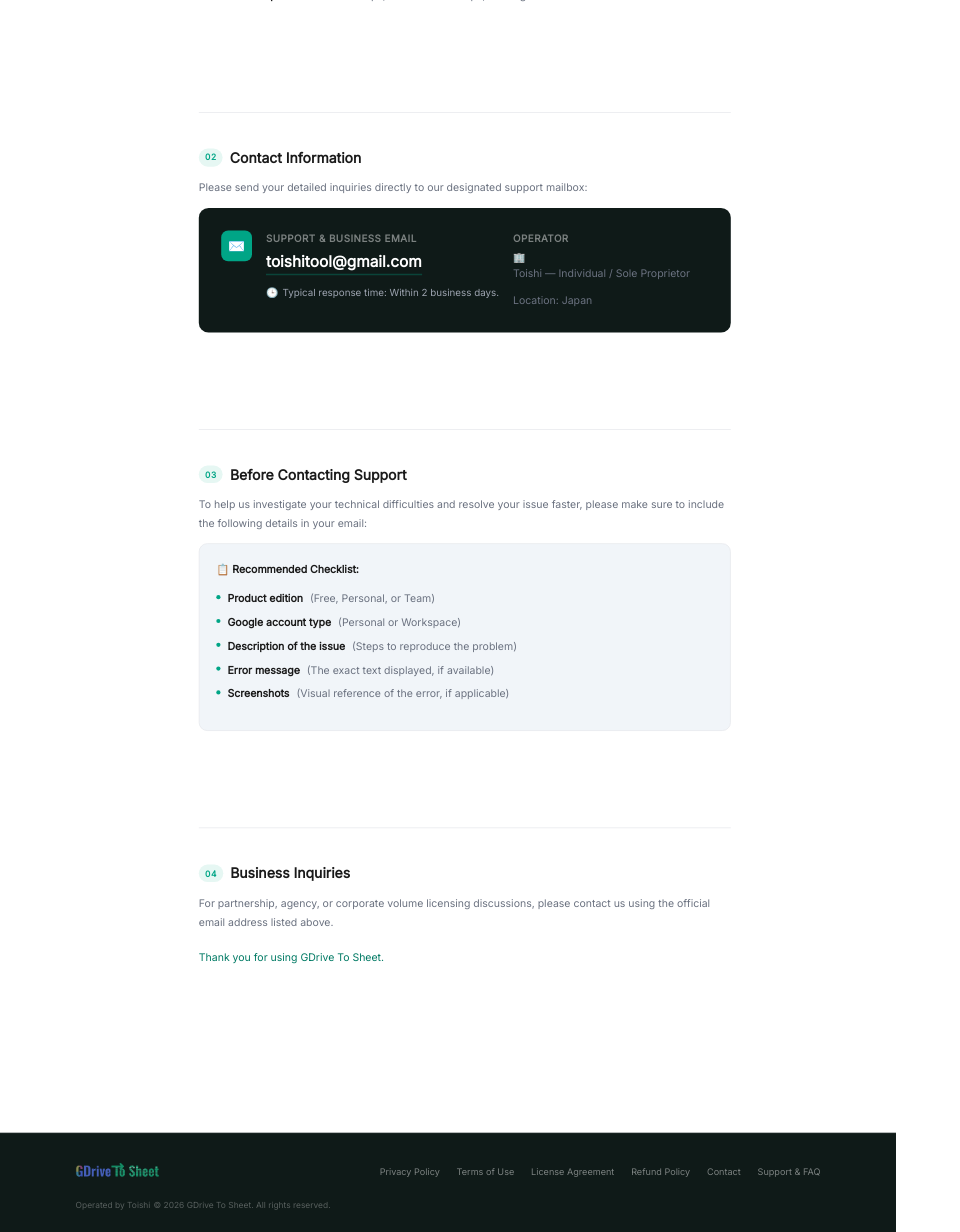
Repository: toishitool/gdrive-to-sheet
Page: contact.html
These files come from the project's save history. The page is drawn as it stood at one moment and after a run of saves; the edit follows.
The browser window is 1280 px wide. The page is 1372 px wide, so the pictures cover 1372 px, including what lies to the right of the window. The pictures show the part of the page from y = 683 to 2443 px (the page is 2443 px tall before and 2430 px after), at 70% of full size.

Above is the page before, as saved 2026-06-21 10:35:00.

### contact.html
<!DOCTYPE html>
<html lang="en" class="scroll-smooth">

<head>
  <meta charset="UTF-8" />
  <meta name="viewport" content="width=device-width, initial-scale=1.0" />
  <title>Contact Us – GDrive To Sheet</title>
  <meta name="description"
    content="Contact support for GDrive To Sheet. Get help with product features, licensing, technical issues, refunds, and business inquiries." />
  <meta name="robots" content="noindex" />
  <link rel="canonical" href="https://toishitool.github.io/gdrive-to-sheet/contact.html" />

  <link rel="preconnect" href="https://fonts.googleapis.com" />
  <link rel="preconnect" href="https://fonts.gstatic.com" crossorigin />
  <link href="https://fonts.googleapis.com/css2?family=Inter:wght=300;400;500;600;700;800&display=swap"
    rel="stylesheet" />

  <link rel="stylesheet" href="style.css">
</head>

<body>

  <nav class="global-nav" aria-label="Main navigation">
    <div class="nav-inner">
      <a href="index.html" class="nav-logo">
        <img src="images/logo_gdrivetosheet.png" alt="GDrive To Sheet" />
      </a>
      <a href="index.html" class="nav-back">
        <svg width="14" height="14" fill="none" stroke="currentColor" stroke-width="2.5" viewBox="0 0 24 24">
          <polyline points="15 18 9 12 15 6" />
        </svg>
        Back to Home
      </a>
    </div>
  </nav>

  <main>
    <div class="page-wrap">

      <header class="page-header">
        <span class="eyebrow">Support &amp; Inquiry</span>
        <h1>Contact</h1>
        <div class="meta">
          <span>GDrive To Sheet</span>
          <span class="meta-dot">·</span>
          <span id="last-updated">Last updated: —</span>
        </div>
      </header>

      <div class="intro-block">
        <span class="icon">✉️</span>
        <p>Need help with <strong>GDrive To Sheet</strong>? We're happy to assist with your questions, support needs,
          and business inquiries.</p>
      </div>

      <div class="content-layout">

        <div class="main-content">

          <div class="contact-section" id="s1">
            <h2><span class="section-num">01</span>How We Can Help</h2>
            <p>We are always happy to provide assistance regarding the following matters:</p>
            <ul>
              <li><strong>Product questions</strong> — Feature inquiries and operational help</li>
              <li><strong>Licensing questions</strong> — Keys, upgrades, and volume choices</li>
              <li><strong>Technical support</strong> — Troubleshooting and execution error fixes</li>
              <li><strong>Refund requests</strong> — Requests aligned with our refund policy</li>
              <li><strong>Business inquiries</strong> — Partnerships, customized setups, or integrations</li>
            </ul>
          </div>
          <div class="section-divider"></div>

          <div class="contact-section" id="s2">
            <h2><span class="section-num">02</span>Contact Information</h2>
            <p>Please send your detailed inquiries directly to our designated support mailbox:</p>

            <div class="contact-card-block">
              <div class="cicon">✉️</div>
              <div>
                <h3>Support &amp; Business Email</h3>
                <a href="mailto:toishitool@gmail.com" target="_blank" class="email-link">toishitool@gmail.com</a>
                <div class="response-text">
                  <span>🕒</span>
                  <span>Typical response time: Within 2 business days.</span>
                </div>
              </div>
              <div class="response-text">

              <div>
                <h3>Operator</h3>🏢
                <p>Toishi — Individual / Sole Proprietor</p>
                <p>Location: Japan</p>
              </div></div>
            </div>
          </div>

          <div class="section-divider"></div>

          <div class="contact-section" id="s3">
            <h2><span class="section-num">03</span>Before Contacting Support</h2>
            <p>To help us investigate your technical difficulties and resolve your issue faster, please make sure to
              include the following details in your email:</p>

            <div class="checklist-card">
              <p>📋 Recommended Checklist:</p>
              <ul>
                <li><strong>Product edition</strong> (Free, Personal, or Team)</li>
                <li><strong>Google account type</strong> (Personal or Workspace)</li>
                <li><strong>Description of the issue</strong> (Steps to reproduce the problem)</li>
                <li><strong>Error message</strong> (The exact text displayed, if available)</li>
                <li><strong>Screenshots</strong> (Visual reference of the error, if applicable)</li>
              </ul>
            </div>
          </div>
          <div class="section-divider"></div>

          <div class="contact-section" id="s4">
            <h2><span class="section-num">04</span>Business Inquiries</h2>
            <p>For partnership, agency, or corporate volume licensing discussions, please contact us using the official
              email address listed above.</p>
            <p style="margin-top: 24px; font-weight: 500; color: var(--primary-dark);">Thank you for using GDrive To
              Sheet.</p>
          </div>

        </div>

        <input type="checkbox" id="toc-toggle" class="toc-trigger-input" />

        <label for="toc-toggle" class="toc-trigger-btn" aria-label="Toggle contents menu">
          <svg class="icon-open" width="22" height="22" fill="none" stroke="currentColor" stroke-width="2.5"
            viewBox="0 0 24 24">
            <line x1="3" y1="12" x2="21" y2="12"></line>
            <line x1="3" y1="6" x2="21" y2="6"></line>
            <line x1="3" y1="18" x2="21" y2="18"></line>
          </svg>
          <svg class="icon-close" width="22" height="22" fill="none" stroke="currentColor" stroke-width="2.5"
            viewBox="0 0 24 24">
            <line x1="18" y1="6" x2="6" y2="18"></line>
            <line x1="6" y1="6" x2="18" y2="18"></line>
          </svg>
        </label>

        <nav class="toc" aria-label="Table of contents">
          <h3>Contents</h3>
          <ol>
            <li><a href="#s1" onclick="document.getElementById('toc-toggle').checked = false;">How We Can Help</a></li>
            <li><a href="#s2" onclick="document.getElementById('toc-toggle').checked = false;">Contact Information</a>
            </li>
            <li><a href="#s3" onclick="document.getElementById('toc-toggle').checked = false;">Before Contacting</a>
            </li>
            <li><a href="#s4" onclick="document.getElementById('toc-toggle').checked = false;">Business Inquiries</a>
            </li>
          </ol>
        </nav>

      </div>
    </div>
  </main>

  <div id="footer-container"></div>
  <script src="js/common.js"></script>


  <script>
    // Auto date
    const d = new Date();
    const formatted = d.toLocaleDateString('en-US', { year: 'numeric', month: 'long', day: 'numeric' });
    document.getElementById('last-updated').textContent = 'Last updated: ' + formatted;
  </script>

</body>

</html>

### footer.html
<footer role="contentinfo" style="margin-top: 0;">
  <div class="container">
    <div class="footer-inner">
      <!-- 1. ロゴ -->
      <a href="index.html" class="footer-logo">
        <img src="images/logo_gdrivetosheet_dk.png" alt="GDrive To Sheet" />
      </a>

      <div class="footer-links">
        <a href="privacy-policy.html">Privacy Policy</a>
        <a href="terms.html">Terms of Use</a>
        <a href="license.html">License Agreement</a>
        <a href="refund-policy.html">Refund Policy</a>
        <a href="contact.html">Contact</a>
        <a href="support.html">Support &amp; FAQ</a>
      </div>

      <div class="footer-bottom-text">
        <span class="footer-copy">Operated by Toishi</span>
        <span class="footer-copy">© 2026 GDrive To Sheet. All rights reserved.</span>
      </div>
    </div>
  </div>
</footer>

Loaded but not shown: js/common.js (5 lines, source omitted); style.css (2860 lines, source omitted)

After the next 2 saves:
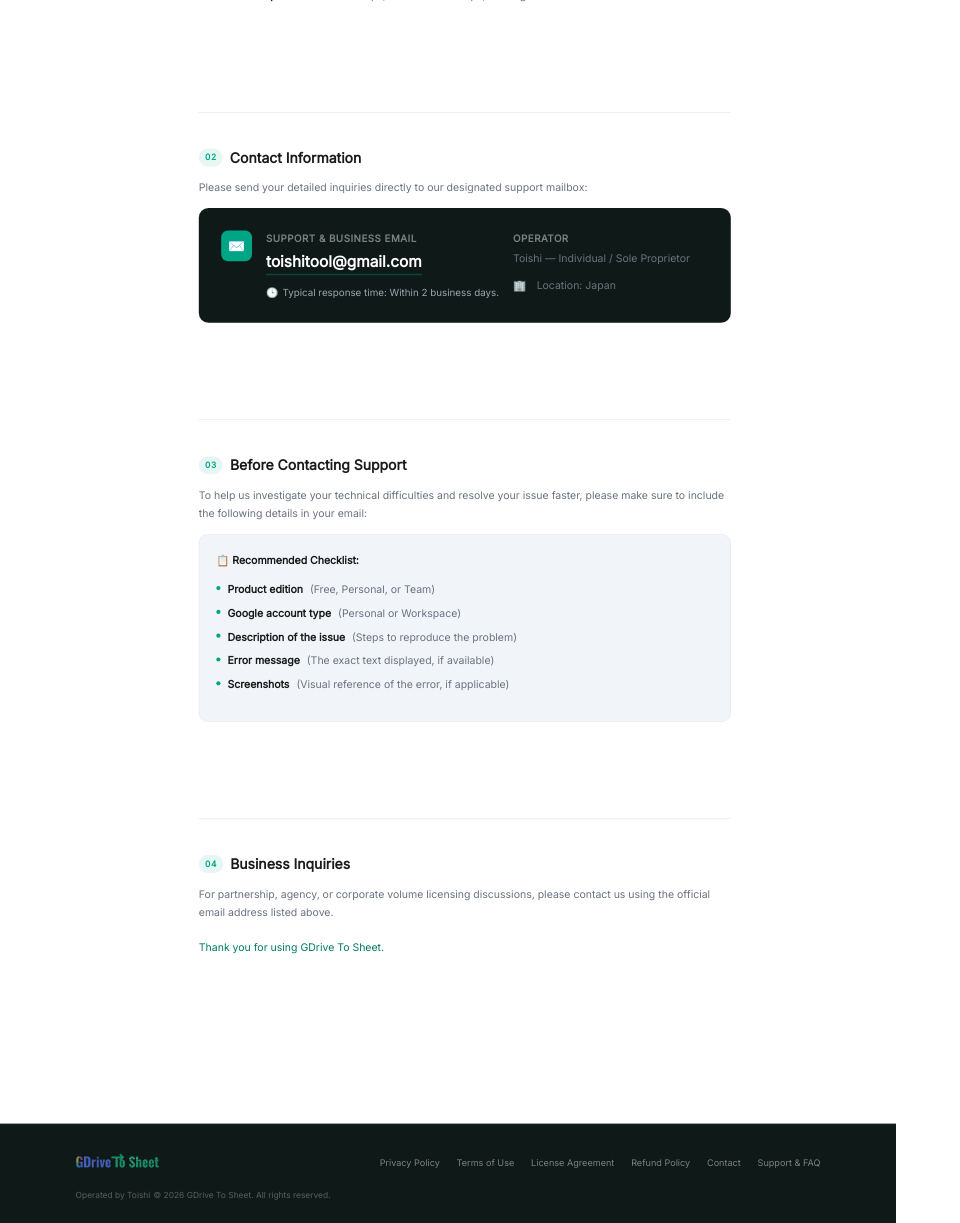
The 2 saves are shown as one change because they came seconds apart.
The last was saved 25 s later.
--- a/contact.html
+++ b/contact.html
@@ -87,9 +87,9 @@
               <div class="response-text">
 
               <div>
-                <h3>Operator</h3>🏢
+                <h3>Operator</h3>
                 <p>Toishi — Individual / Sole Proprietor</p>
-                <p>Location: Japan</p>
+                <p>🏢　Location: Japan</p>
               </div></div>
             </div>
           </div>
